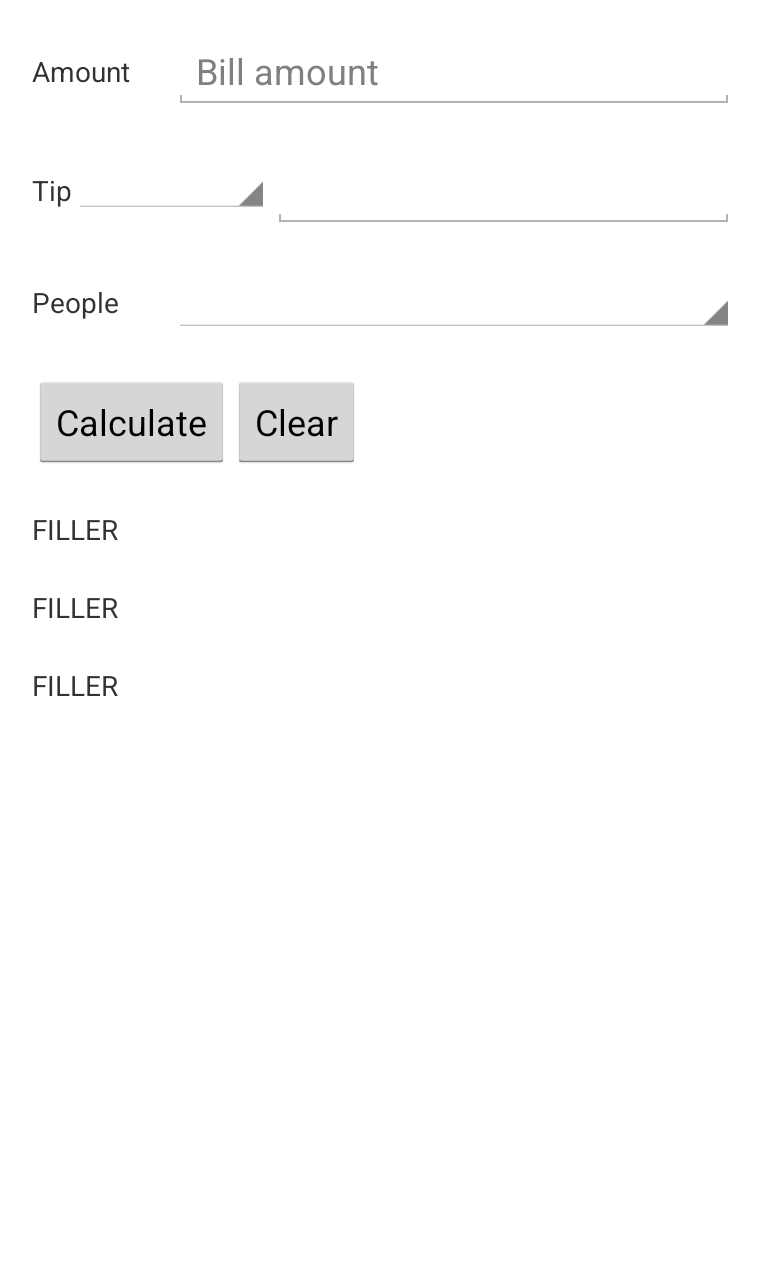
Repository: ericMedeiros93/Android-Dev
Layout: TipSplit/res/layout/activity_main.xml
The author's editor kept a copy of each file at every save. The layout is drawn from the files as they stood at one save, then again after a run of saves.
It is drawn on a 768 x 1280 px phone screen (xhdpi) without system bars, with theme AppTheme; the app's code is not run.

Above is the layout before, as saved 2014-09-12 15:51:48.

After the next 2 saves:
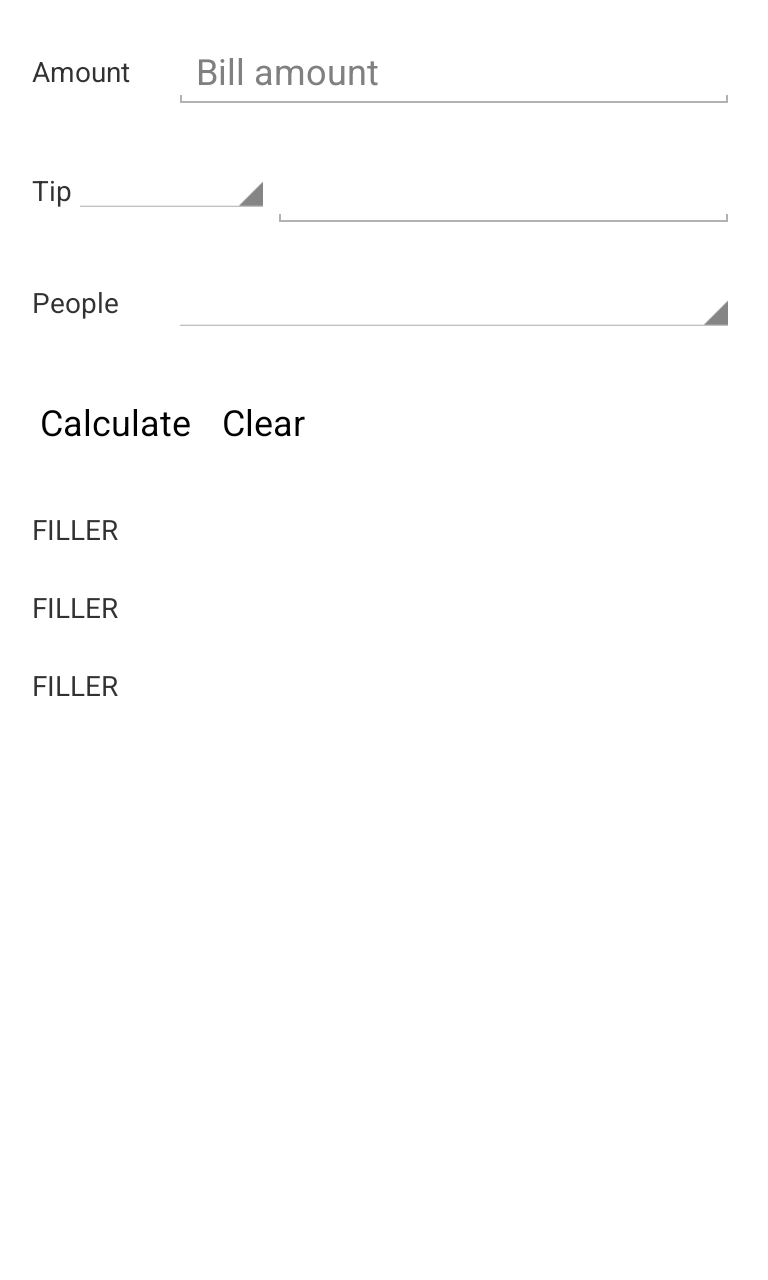
The 2 saves are shown as one change because they came seconds apart.
The last was saved 90 s later.
--- a/TipSplit/res/layout/activity_main.xml
+++ b/TipSplit/res/layout/activity_main.xml
@@ -90,13 +90,15 @@
             android:id="@+id/calculate"
             android:layout_width="wrap_content"
             android:layout_height="wrap_content"
-            android:text="@string/calculate" />
+            android:text="@string/calculate"
+            style="?android:attr/borderlessButtonStyle" />
 
         <Button
             android:id="@+id/clear"
             android:layout_width="wrap_content"
             android:layout_height="wrap_content"
-            android:text="@string/clear" />
+            android:text="@string/clear"
+            style="?android:attr/borderlessButtonStyle" />
     </LinearLayout>
 
     <LinearLayout

After the save that followed:
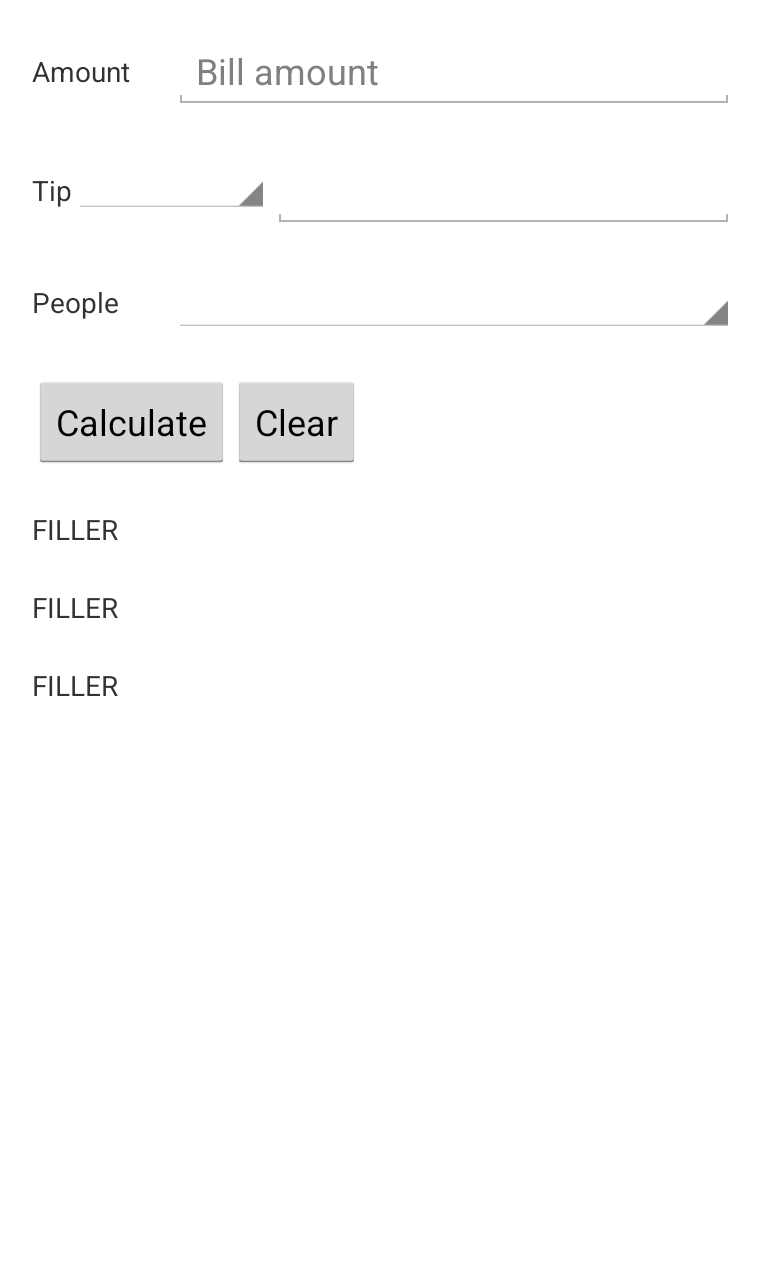
Saved 79 s later.
--- a/TipSplit/res/layout/activity_main.xml
+++ b/TipSplit/res/layout/activity_main.xml
@@ -90,15 +90,13 @@
             android:id="@+id/calculate"
             android:layout_width="wrap_content"
             android:layout_height="wrap_content"
-            android:text="@string/calculate"
-            style="?android:attr/borderlessButtonStyle" />
+            android:text="@string/calculate"/>
 
         <Button
             android:id="@+id/clear"
             android:layout_width="wrap_content"
             android:layout_height="wrap_content"
-            android:text="@string/clear"
-            style="?android:attr/borderlessButtonStyle" />
+            android:text="@string/clear" />
     </LinearLayout>
 
     <LinearLayout
